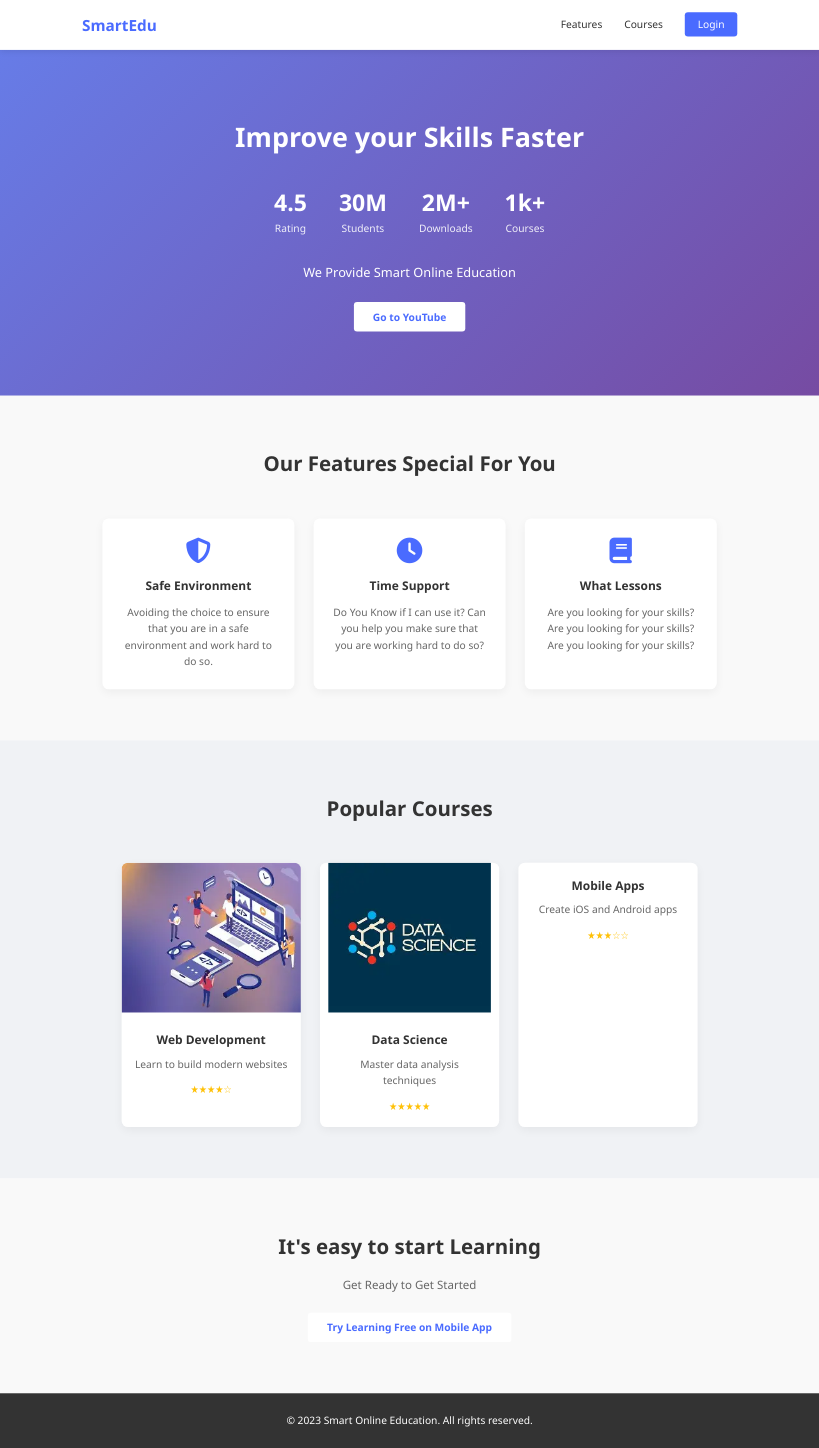
Repository: AhmedHBD/task1
Page: New folder/index.html
An editor plug-in stored every save of this project. The page is shown before and after a run of saves, followed by the edit.
The browser window is 1280 px wide. The pictures show the whole page, at 64% of full size.

Above is the page before, as saved 2025-08-03 08:23:43.

After the next 3 saves:
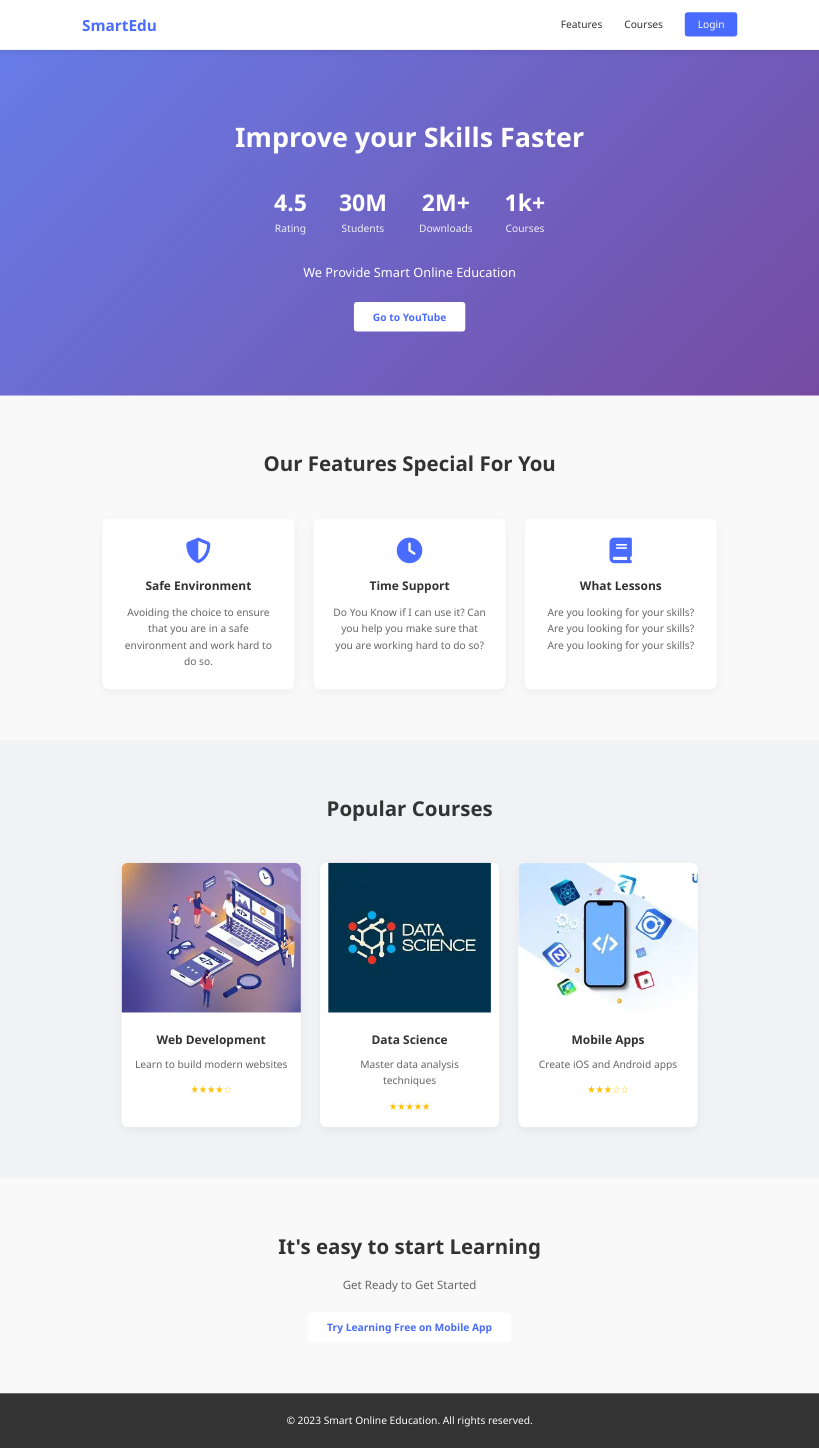
The 3 saves are shown as one change because they came seconds apart.
The last was saved 26 s later.
--- a/New folder/index.html
+++ b/New folder/index.html
@@ -86,6 +86,7 @@
                 </div>
                 <div class="course-card">
                     <!-- <div class="course-img" style="background-color: #55efc4;"></div> -->
+                     <img src="img/OIP.webp" alt="">
                     <h3>Mobile Apps</h3>
                     <p>Create iOS and Android apps</p>
                     <div class="course-rating">★★★☆☆</div>
